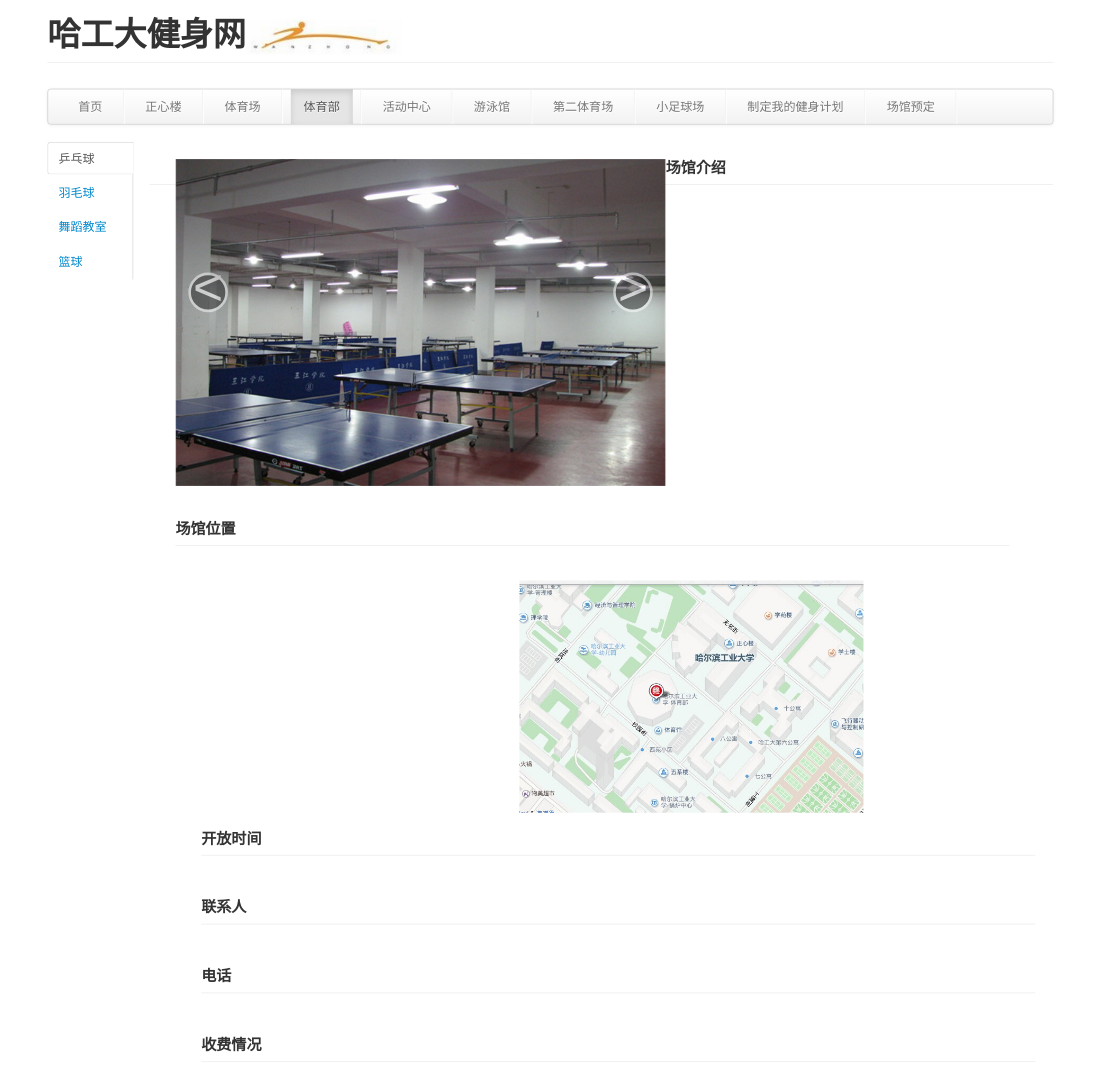
Repository: hitDeveloper/fitness
Page: http://localhost/project/tiyubu.jsp
The author's editor kept a copy of each file at every save. The page is drawn from the files as they stood at one save, then again after the next save.
The browser window is 1280 px wide. The pictures show the whole page, at 86% of full size.
The page is served by Tomcat 9. Nobody is signed in. The application's start-up code is not run.

Above is the page before, as saved 2014-11-05 00:35:17.

After the next save:
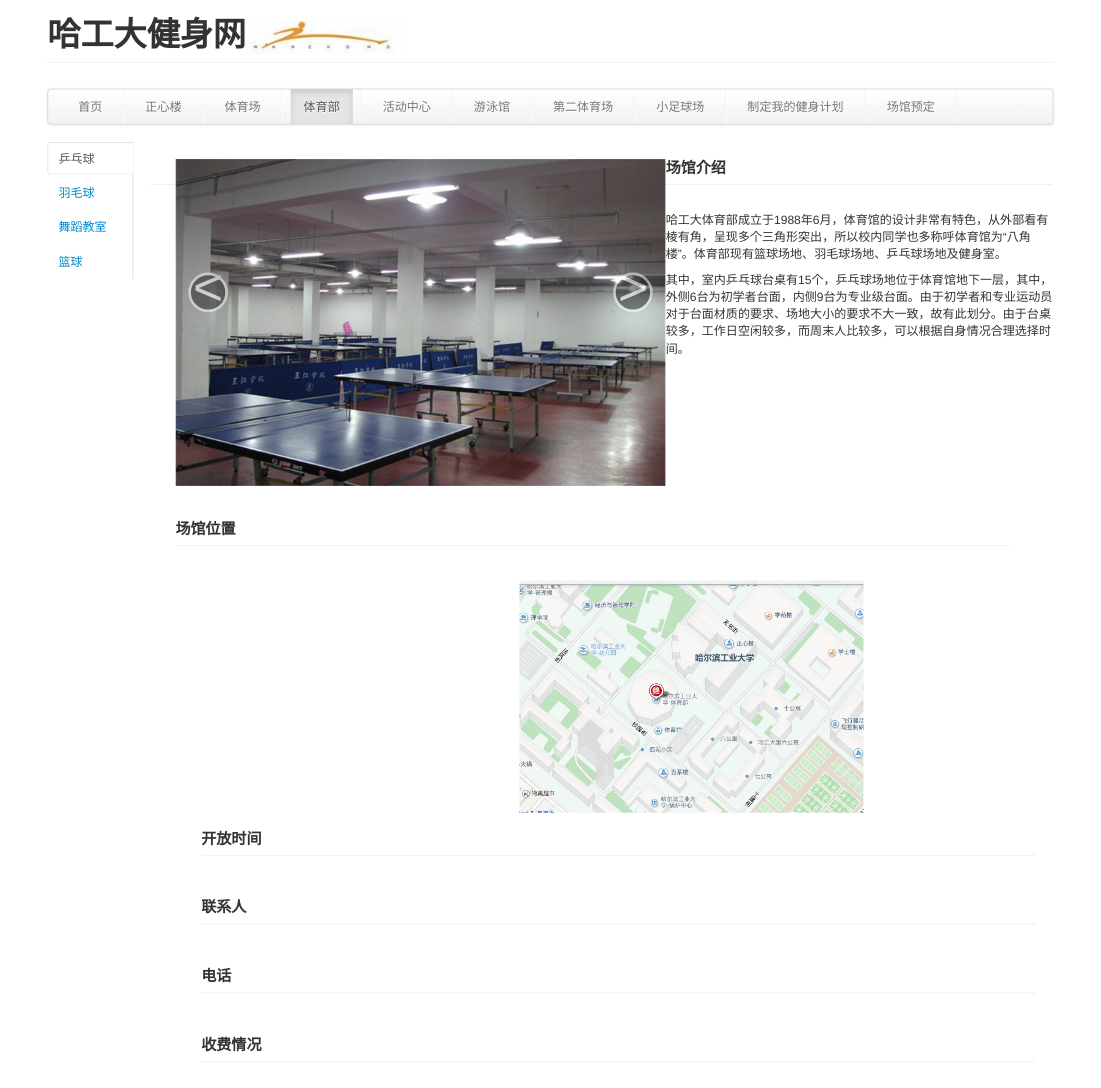
Saved 2 min 3 s later.
--- a/Project/project/WebRoot/tiyubu.jsp
+++ b/Project/project/WebRoot/tiyubu.jsp
@@ -70,7 +70,8 @@
 </div>
 <div>
 <h4 class="page-header">场馆介绍</h4>
-<p></p>
+<p>哈工大体育部成立于1988年6月，体育馆的设计非常有特色，从外部看有棱有角，呈现多个三角形突出，所以校内同学也多称呼体育馆为“八角楼”。体育部现有篮球场地、羽毛球场地、乒乓球场地及健身室。</p>
+<p>其中，室内乒乓球台桌有15个，乒乓球场地位于体育馆地下一层，其中，外侧6台为初学者台面，内侧9台为专业级台面。由于初学者和专业运动员对于台面材质的要求、场地大小的要求不大一致，故有此划分。由于台桌较多，工作日空闲较多，而周末人比较多，可以根据自身情况合理选择时间。</p>
 </div>
 <div class="span10">
 <h4 class="page-header">场馆位置</h4>
